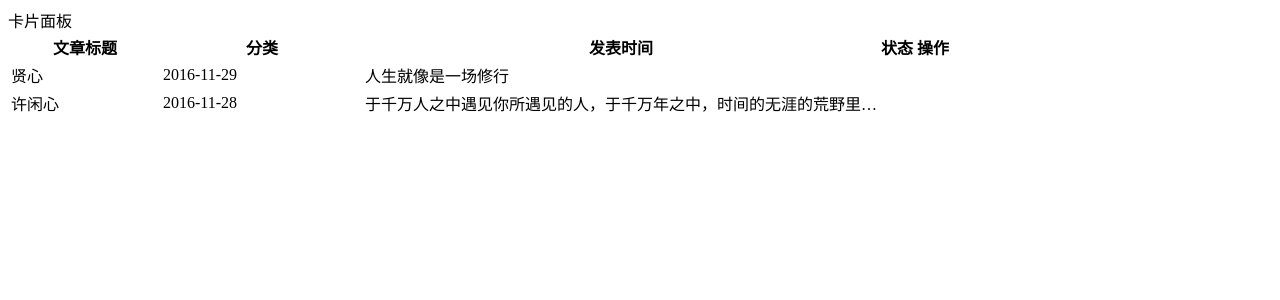
Repository: xxsleep/-
Page: home/article/art_list.html
An editor plug-in stored every save of this project. The page is shown before and after the next save, followed by the edit.
The browser window is 1280 px wide. The pictures show the whole page.

Above is the page before, as saved 2020-11-28 09:25:32.

### home/article/art_list.html
<!DOCTYPE html>
<html lang="en">

<head>
    <meta charset="UTF-8">
    <meta name="viewport" content="width=device-width, initial-scale=1.0">
    <title>Document</title>
    <link rel="stylesheet" href="/assets/lib/layui/layui.all.js">
    <link rel="stylesheet" href="/assets/css/article/art_list.css">
</head>

<body>
    <div class="layui-card">
        <div class="layui-card-header">卡片面板</div>
        <div class="layui-card-body">
            <table class="layui-table">
                <colgroup>
                    <col width="150">
                    <col width="200">
                    <col>
                </colgroup>
                <thead>
                    <tr>
                        <th>文章标题</th>
                        <th>分类</th>
                        <th>发表时间</th>
                        <th>状态</th>
                        <th>操作</th>
                    </tr>
                </thead>
                <tbody>
                    <tr>
                        <td>贤心</td>
                        <td>2016-11-29</td>
                        <td>人生就像是一场修行</td>
                    </tr>
                    <tr>
                        <td>许闲心</td>
                        <td>2016-11-28</td>
                        <td>于千万人之中遇见你所遇见的人，于千万年之中，时间的无涯的荒野里…</td>
                    </tr>
                </tbody>
            </table>
        </div>
    </div>

    <script src="/assets/lib/jquery.js"></script>
    <script src="/assets/lib/layui/layui.all.js"></script>
    <script src="/assets/lib/template-web.js"></script>
    <script src="/assets/js/ajaxBase.js"></script>
    <script src="/assets/js/article/art_list.js"></script>
</body>

</html>

### assets/js/ajaxBase.js
$.ajaxPrefilter(function (options) {
    options.url = "http://ajax.frontend.itheima.net" + options.url;

    if (options.url.indexOf("/my/") !== -1) {
        options.headers = {
            Authorization: localStorage.getItem("token"),
        };
    }

    options.complete = function (xhr) {
        if (xhr.responseJSON.status === 1 && xhr.responseJSON.message === '身份认证失败') {
            localStorage.removeItem('token')
            location.href = '/home/login.html'
        }
    }





});

Loaded but not shown: assets/lib/layui/layui.all.js (library); assets/lib/jquery.js (library); assets/lib/template-web.js (library); assets/lib/layui/css/modules/laydate/default/laydate.css (library); assets/lib/layui/css/modules/layer/default/layer.css (library); assets/lib/layui/css/modules/code.css (common file); assets/css/article/art_list.css (no stored copy; drawn as an empty file); assets/js/article/art_list.js (no stored copy; drawn as an empty file)

After the next save:
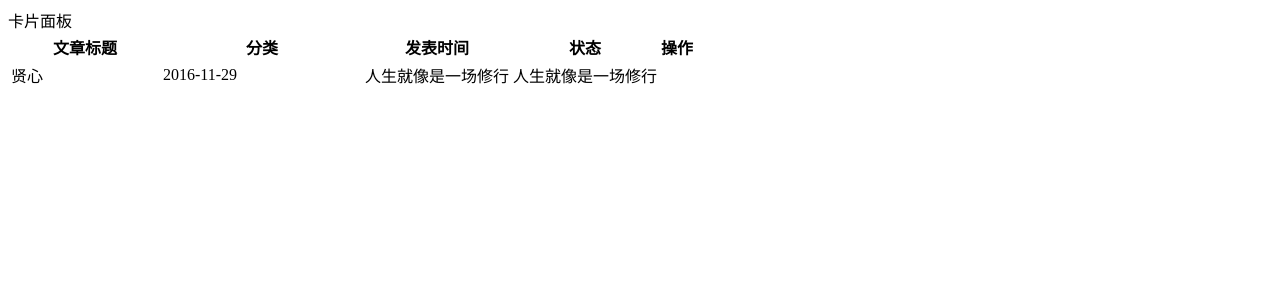
Saved 25 s later.
--- a/home/article/art_list.html
+++ b/home/article/art_list.html
@@ -33,12 +33,10 @@
                         <td>贤心</td>
                         <td>2016-11-29</td>
                         <td>人生就像是一场修行</td>
+                        <td>人生就像是一场修行</td>
+                        <td></td>
                     </tr>
-                    <tr>
-                        <td>许闲心</td>
-                        <td>2016-11-28</td>
-                        <td>于千万人之中遇见你所遇见的人，于千万年之中，时间的无涯的荒野里…</td>
-                    </tr>
+
                 </tbody>
             </table>
         </div>
